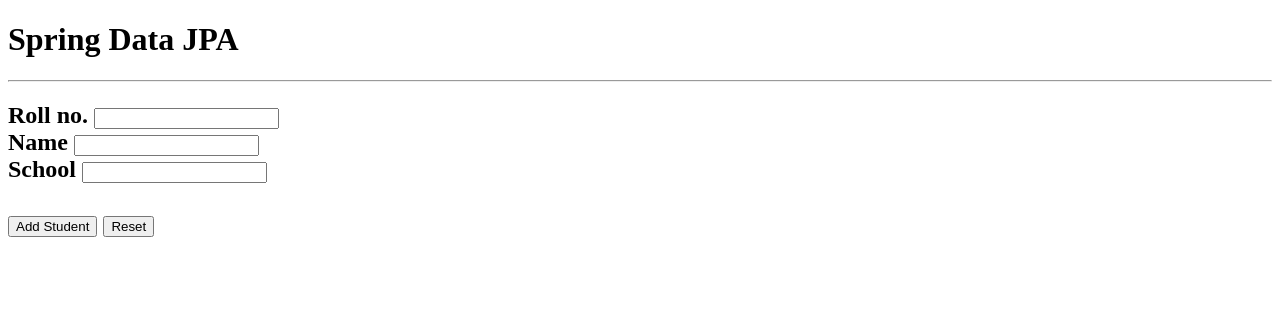
Repository: kesavarthini/week4
Page: http://localhost/db-boot-demo/enroll.jsp
An editor plug-in stored every save of this project. The page is shown before and after the next save, followed by the edit.
The browser window is 1280 px wide. The pictures show the whole page.
The page is served by Tomcat 9. Other server files are loaded and not shown.

Above is the page before, as saved 2019-07-23 10:05:40.

### db-boot-demo/src/main/webapp/enroll.jsp
<%@ page language="java" contentType="text/html; charset=ISO-8859-1"
    pageEncoding="ISO-8859-1"%>
<!DOCTYPE html>
<html>
<head>
<meta charset="ISO-8859-1">
<title>Student-Info</title>
</head>
<body>
<h1>Spring Data JPA</h1>
<hr>
<form action="addStudent">
<h2>
Roll no. <input type="text" name="rollno"><br>
Name     <input type="text" name="name"><br>
School   <input type="text" name="school"><br><br>
<input type="submit" name="submit" value="Add Student">
<input type="reset" name="reset" value="Reset">
</h2>



</form>


</body>
</html>

After the next save:
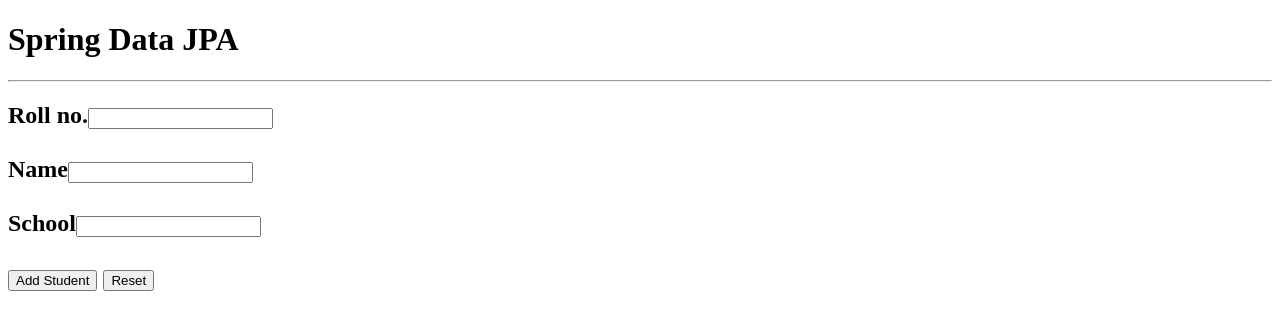
Saved 118 s later.
--- a/db-boot-demo/src/main/webapp/enroll.jsp
+++ b/db-boot-demo/src/main/webapp/enroll.jsp
@@ -11,9 +11,9 @@
 <hr>
 <form action="addStudent">
 <h2>
-Roll no. <input type="text" name="rollno"><br>
-Name     <input type="text" name="name"><br>
-School   <input type="text" name="school"><br><br>
+Roll no.<input type="text" name="rollno"><br><br>
+Name<input type="text" name="name"><br><br>
+School<input type="text" name="school"><br><br>
 <input type="submit" name="submit" value="Add Student">
 <input type="reset" name="reset" value="Reset">
 </h2>
